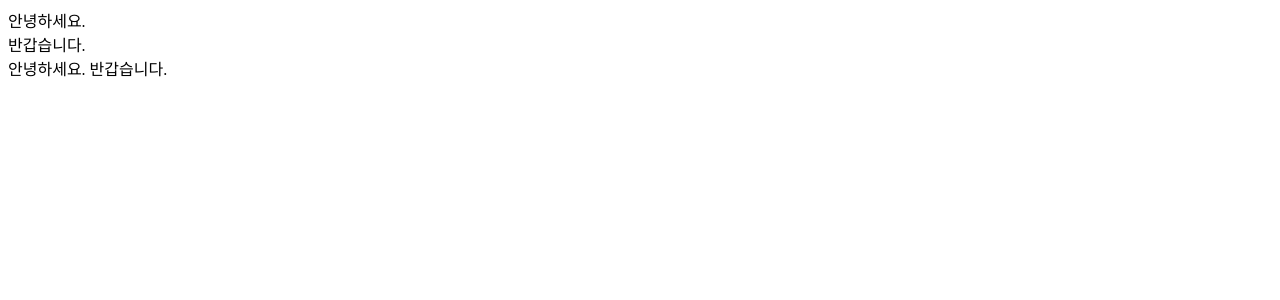
Repository: MegiLove/html_css
Page: http://localhost/day1130/newLineTest.jsp
An editor plug-in stored every save of this project. The page is shown before and after the next save, followed by the edit.
The browser window is 1280 px wide. The pictures show the whole page.
The page is served by Tomcat 9.

Above is the page before, as saved 2021-11-30 05:39:43.

After the next save:
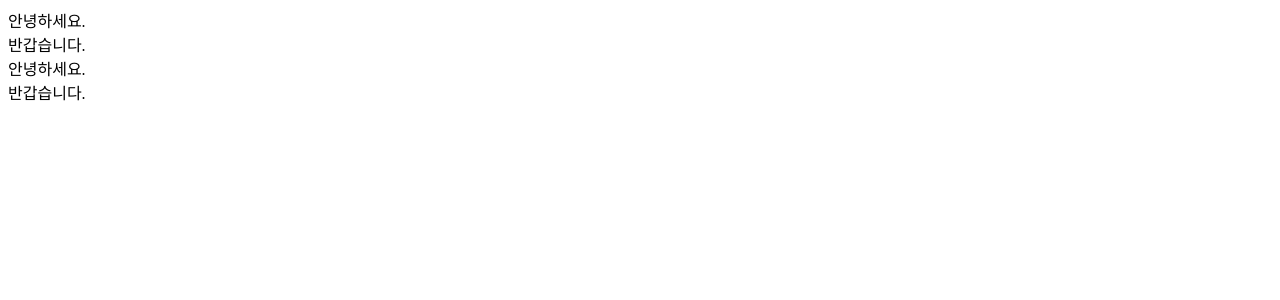
Saved 87 s later.
--- a/day1130/src/main/webapp/newLineTest.jsp
+++ b/day1130/src/main/webapp/newLineTest.jsp
@@ -10,6 +10,7 @@
 	<%
 		String data="안녕하세요.<br>반갑습니다.";
 		String data2="안녕하세요.\n반갑습니다.";
+		data2= data2.replace("\n","<br>");
 	%>
 	<%=data %><br>
 	<%=data2 %><br>
